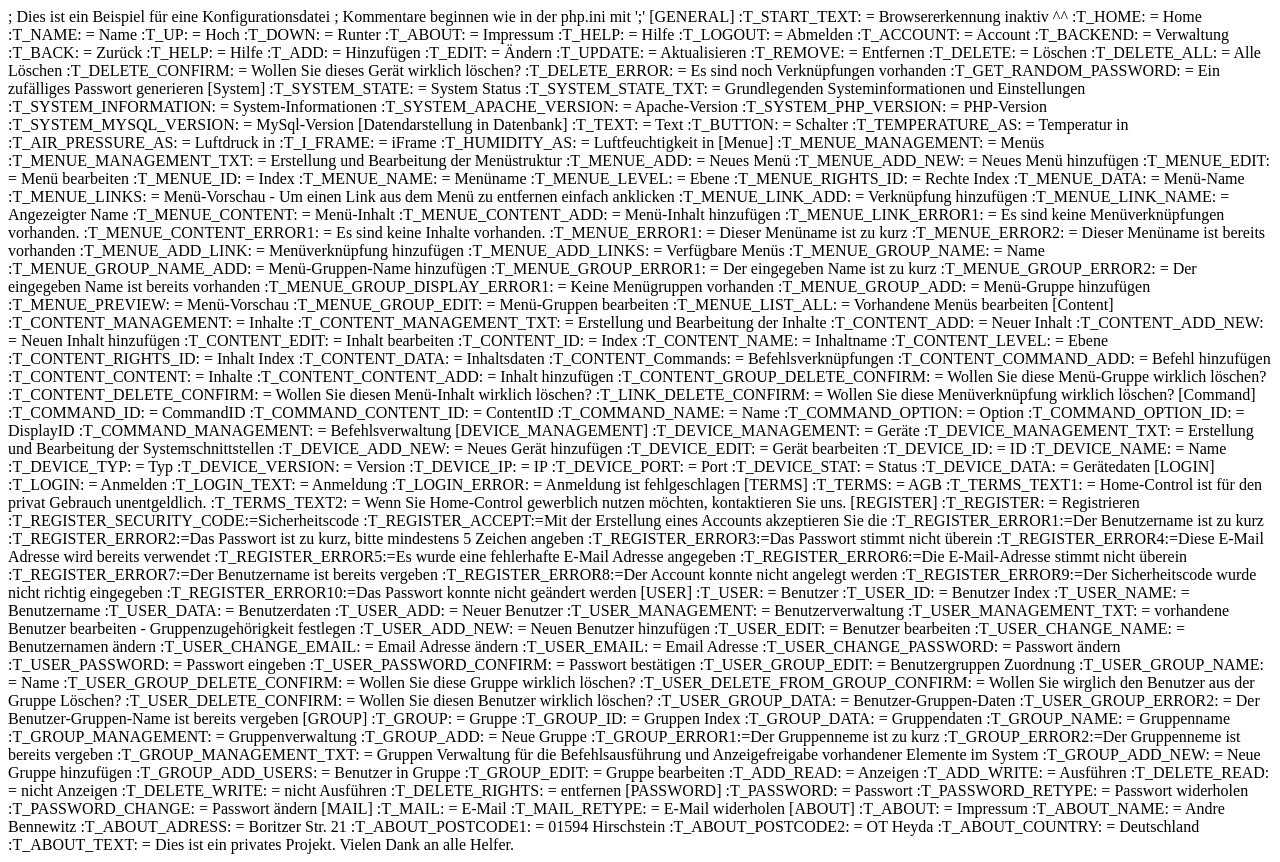
Repository: 0xF3ERROR/Home-Control
Page: http://localhost/language/lang_Ger.php
The author's editor kept a copy of each file at every save. The page is drawn from the files as they stood at one save, then again after the next save.
The browser window is 1280 px wide. The pictures show the whole page.
The page is run by PHP 8.4 with error messages shown; the project is at /var/www/html/.

Above is the page before, as saved 2012-09-16 15:06:45.

### Source/language/lang_Ger.php
; Dies ist ein Beispiel für eine Konfigurationsdatei
; Kommentare beginnen wie in der php.ini mit ';'


[GENERAL]
:T_START_TEXT: = Browsererkennung inaktiv ^^
:T_HOME: = Home
:T_NAME: = Name
:T_UP: = Hoch
:T_DOWN: = Runter
:T_ABOUT: = Impressum
:T_HELP: = Hilfe
:T_LOGOUT: = Abmelden
:T_ACCOUNT: = Account
:T_BACKEND: = Verwaltung
:T_BACK: = Zurück
:T_HELP: = Hilfe
:T_ADD: = Hinzufügen
:T_EDIT: = Ändern
:T_UPDATE: = Aktualisieren
:T_REMOVE: = Entfernen
:T_DELETE: = Löschen
:T_DELETE_ALL: = Alle Löschen
:T_DELETE_CONFIRM: = Wollen Sie dieses Gerät wirklich löschen?
:T_DELETE_ERROR: = Es sind noch Verknüpfungen vorhanden
:T_GET_RANDOM_PASSWORD: = Ein zufälliges Passwort generieren


[System]
:T_SYSTEM_STATE: = System Status
:T_SYSTEM_STATE_TXT: = Grundlegenden Systeminformationen und Einstellungen
:T_SYSTEM_INFORMATION: = System-Informationen
:T_SYSTEM_APACHE_VERSION: = Apache-Version
:T_SYSTEM_PHP_VERSION: = PHP-Version
:T_SYSTEM_MYSQL_VERSION: = MySql-Version




[Datendarstellung in Datenbank]
:T_TEXT: = Text
:T_BUTTON: = Schalter
:T_TEMPERATURE_AS: = Temperatur in
:T_AIR_PRESSURE_AS: = Luftdruck in
:T_I_FRAME: = iFrame
:T_HUMIDITY_AS: = Luftfeuchtigkeit in



[Menue]
:T_MENUE_MANAGEMENT: = Menüs
:T_MENUE_MANAGEMENT_TXT: = Erstellung und Bearbeitung der Menüstruktur
:T_MENUE_ADD: = Neues Menü
:T_MENUE_ADD_NEW: = Neues Menü hinzufügen
:T_MENUE_EDIT: = Menü bearbeiten
:T_MENUE_ID: = Index
:T_MENUE_NAME: = Menüname
:T_MENUE_LEVEL: = Ebene
:T_MENUE_RIGHTS_ID: = Rechte Index
:T_MENUE_DATA: = Menü-Name
:T_MENUE_LINKS: = Menü-Vorschau - Um einen Link aus dem Menü zu entfernen einfach anklicken
:T_MENUE_LINK_ADD: = Verknüpfung hinzufügen
:T_MENUE_LINK_NAME: = Angezeigter Name
:T_MENUE_CONTENT: = Menü-Inhalt
:T_MENUE_CONTENT_ADD: = Menü-Inhalt hinzufügen
:T_MENUE_LINK_ERROR1: = Es sind keine Menüverknüpfungen vorhanden.
:T_MENUE_CONTENT_ERROR1: = Es sind keine Inhalte vorhanden.
:T_MENUE_ERROR1: = Dieser Menüname ist zu kurz
:T_MENUE_ERROR2: = Dieser Menüname ist bereits vorhanden
:T_MENUE_ADD_LINK: = Menüverknüpfung hinzufügen
:T_MENUE_ADD_LINKS: = Verfügbare Menüs
:T_MENUE_GROUP_NAME: = Name
:T_MENUE_GROUP_NAME_ADD: = Menü-Gruppen-Name hinzufügen
:T_MENUE_GROUP_ERROR1: = Der eingegeben Name ist zu kurz
:T_MENUE_GROUP_ERROR2: = Der eingegeben Name ist bereits vorhanden
:T_MENUE_GROUP_DISPLAY_ERROR1: = Keine Menügruppen vorhanden
:T_MENUE_GROUP_ADD: = Menü-Gruppe hinzufügen
:T_MENUE_PREVIEW: = Menü-Vorschau
:T_MENUE_GROUP_EDIT: = Menü-Gruppen bearbeiten
:T_MENUE_LIST_ALL: = Vorhandene Menüs bearbeiten

[Content]
:T_CONTENT_MANAGEMENT: = Inhalte
:T_CONTENT_MANAGEMENT_TXT: = Erstellung und Bearbeitung der Inhalte
:T_CONTENT_ADD: = Neuer Inhalt
:T_CONTENT_ADD_NEW: = Neuen Inhalt hinzufügen
:T_CONTENT_EDIT: = Inhalt bearbeiten
:T_CONTENT_ID: = Index
:T_CONTENT_NAME: = Inhaltname
:T_CONTENT_LEVEL: = Ebene
:T_CONTENT_RIGHTS_ID: = Inhalt Index
:T_CONTENT_DATA: = Inhaltsdaten
:T_CONTENT_Commands: = Befehlsverknüpfungen
:T_CONTENT_COMMAND_ADD: = Befehl hinzufügen
:T_CONTENT_CONTENT: = Inhalte
:T_CONTENT_CONTENT_ADD: = Inhalt hinzufügen
:T_CONTENT_GROUP_DELETE_CONFIRM: = Wollen Sie diese Menü-Gruppe wirklich löschen?
:T_CONTENT_DELETE_CONFIRM: = Wollen Sie diesen Menü-Inhalt wirklich löschen?
:T_LINK_DELETE_CONFIRM: = Wollen Sie diese Menüverknüpfung wirklich löschen?



[Command]
:T_COMMAND_ID: = CommandID
:T_COMMAND_CONTENT_ID: = ContentID
:T_COMMAND_NAME: = Name
:T_COMMAND_OPTION: = Option
:T_COMMAND_OPTION_ID: = DisplayID
:T_COMMAND_MANAGEMENT: = Befehlsverwaltung


[DEVICE_MANAGEMENT]
:T_DEVICE_MANAGEMENT: = Geräte
:T_DEVICE_MANAGEMENT_TXT: = Erstellung und Bearbeitung der Systemschnittstellen
:T_DEVICE_ADD_NEW: = Neues Gerät hinzufügen
:T_DEVICE_EDIT: = Gerät bearbeiten
:T_DEVICE_ID: = ID
:T_DEVICE_NAME: = Name
:T_DEVICE_TYP: = Typ
:T_DEVICE_VERSION: = Version
:T_DEVICE_IP: = IP
:T_DEVICE_PORT: = Port
:T_DEVICE_STAT: = Status
:T_DEVICE_DATA: = Gerätedaten


[LOGIN]
:T_LOGIN: = Anmelden
:T_LOGIN_TEXT: = Anmeldung
:T_LOGIN_ERROR: = Anmeldung ist fehlgeschlagen


[TERMS]
:T_TERMS: = AGB
:T_TERMS_TEXT1: = Home-Control ist für den privat Gebrauch unentgeldlich.
:T_TERMS_TEXT2: = Wenn Sie Home-Control gewerblich nutzen möchten, kontaktieren Sie uns.


[REGISTER]
:T_REGISTER: = Registrieren
:T_REGISTER_SECURITY_CODE:=Sicherheitscode
:T_REGISTER_ACCEPT:=Mit der Erstellung eines Accounts akzeptieren Sie die
:T_REGISTER_ERROR1:=Der Benutzername ist zu kurz
:T_REGISTER_ERROR2:=Das Passwort ist zu kurz, bitte mindestens 5 Zeichen angeben
:T_REGISTER_ERROR3:=Das Passwort stimmt nicht überein
:T_REGISTER_ERROR4:=Diese E-Mail Adresse wird bereits verwendet
:T_REGISTER_ERROR5:=Es wurde eine fehlerhafte E-Mail Adresse angegeben
:T_REGISTER_ERROR6:=Die E-Mail-Adresse stimmt nicht überein
:T_REGISTER_ERROR7:=Der Benutzername ist bereits vergeben
:T_REGISTER_ERROR8:=Der Account konnte nicht angelegt werden
:T_REGISTER_ERROR9:=Der Sicherheitscode wurde nicht richtig eingegeben
:T_REGISTER_ERROR10:=Das Passwort konnte nicht geändert werden


[USER]
:T_USER: = Benutzer
:T_USER_ID: = Benutzer Index
:T_USER_NAME: = Benutzername
:T_USER_DATA: = Benutzerdaten
:T_USER_ADD: = Neuer Benutzer
:T_USER_MANAGEMENT: = Benutzerverwaltung
:T_USER_MANAGEMENT_TXT: = vorhandene Benutzer bearbeiten - Gruppenzugehörigkeit festlegen
:T_USER_ADD_NEW: = Neuen Benutzer hinzufügen
:T_USER_EDIT: = Benutzer bearbeiten
:T_USER_CHANGE_NAME: = Benutzernamen ändern
:T_USER_CHANGE_EMAIL: = Email Adresse ändern
:T_USER_EMAIL: = Email Adresse
:T_USER_CHANGE_PASSWORD: = Passwort ändern
:T_USER_PASSWORD: = Passwort eingeben
:T_USER_PASSWORD_CONFIRM: = Passwort bestätigen
:T_USER_GROUP_EDIT: = Benutzergruppen Zuordnung
:T_USER_GROUP_NAME: = Name
:T_USER_GROUP_DELETE_CONFIRM: = Wollen Sie diese Gruppe wirklich löschen?
:T_USER_DELETE_FROM_GROUP_CONFIRM: = Wollen Sie wirglich den Benutzer aus der Gruppe Löschen?
:T_USER_DELETE_CONFIRM: = Wollen Sie diesen Benutzer wirklich löschen?
:T_USER_GROUP_DATA: = Benutzer-Gruppen-Daten
:T_USER_GROUP_ERROR2: = Der Benutzer-Gruppen-Name ist bereits vergeben

[GROUP]
:T_GROUP: = Gruppe
:T_GROUP_ID: = Gruppen Index
:T_GROUP_DATA: = Gruppendaten
:T_GROUP_NAME: = Gruppenname
:T_GROUP_MANAGEMENT: = Gruppenverwaltung
:T_GROUP_ADD: = Neue Gruppe
:T_GROUP_ERROR1:=Der Gruppenneme ist zu kurz
:T_GROUP_ERROR2:=Der Gruppenneme ist bereits vergeben
:T_GROUP_MANAGEMENT_TXT: = Gruppen Verwaltung für die Befehlsausführung und Anzeigefreigabe vorhandener Elemente im System
:T_GROUP_ADD_NEW: = Neue Gruppe hinzufügen
:T_GROUP_ADD_USERS: = Benutzer in Gruppe
:T_GROUP_EDIT: = Gruppe bearbeiten
:T_ADD_READ: = Anzeigen
:T_ADD_WRITE: = Ausführen
:T_DELETE_READ: = nicht Anzeigen
:T_DELETE_WRITE: = nicht Ausführen
:T_DELETE_RIGHTS: = entfernen

[PASSWORD]
:T_PASSWORD: = Passwort
:T_PASSWORD_RETYPE: = Passwort widerholen
:T_PASSWORD_CHANGE: = Passwort ändern


[MAIL]
:T_MAIL: = E-Mail
:T_MAIL_RETYPE: = E-Mail widerholen


[ABOUT]
:T_ABOUT: = Impressum
:T_ABOUT_NAME: = Andre Bennewitz
:T_ABOUT_ADRESS: = Boritzer Str. 21
:T_ABOUT_POSTCODE1: = 01594 Hirschstein
:T_ABOUT_POSTCODE2: = OT Heyda
:T_ABOUT_COUNTRY: = Deutschland
:T_ABOUT_TEXT: = Dies ist ein privates Projekt. Vielen Dank an alle Helfer.

After the next save:
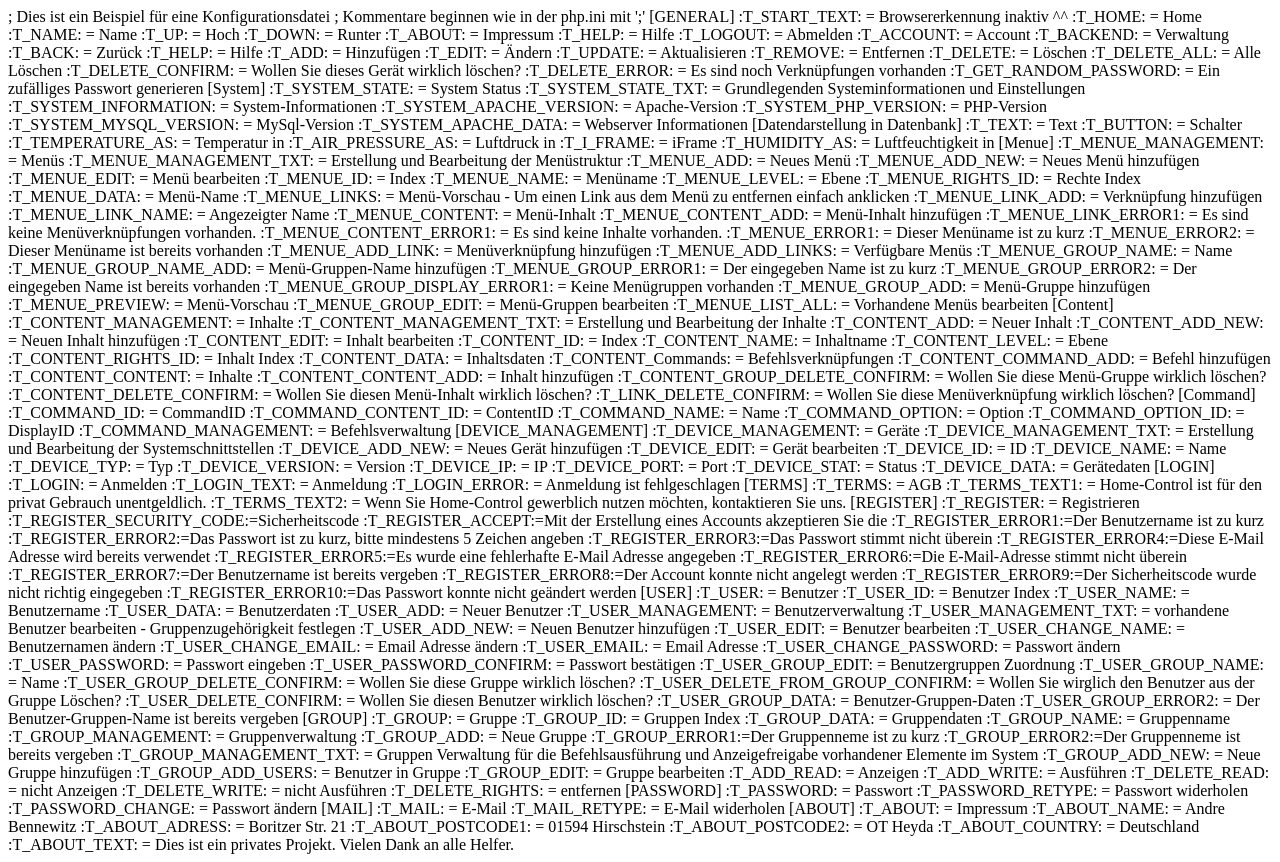
Saved 31 s later.
--- a/Source/language/lang_Ger.php
+++ b/Source/language/lang_Ger.php
@@ -33,7 +33,7 @@
 :T_SYSTEM_APACHE_VERSION: = Apache-Version
 :T_SYSTEM_PHP_VERSION: = PHP-Version
 :T_SYSTEM_MYSQL_VERSION: = MySql-Version
-
+:T_SYSTEM_APACHE_DATA: = Webserver Informationen
 
 
 
